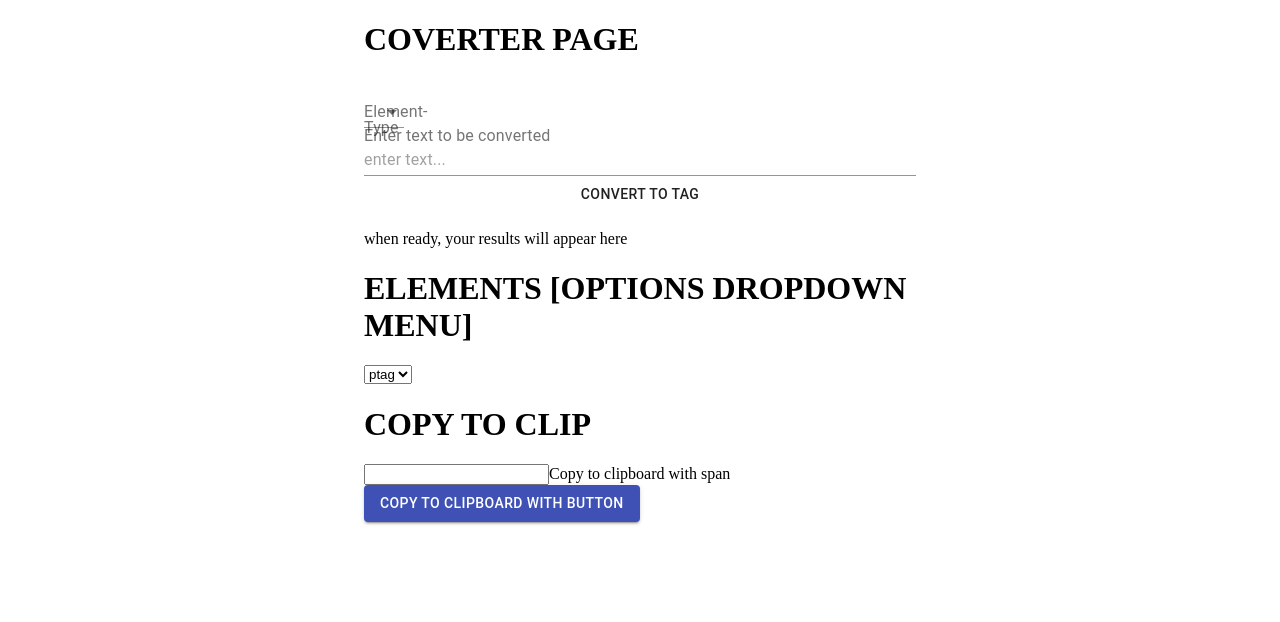
Repository: DevLuDaley/element-generator
Page: /
These files come from the project's save history. The page is drawn as it stood at one moment and after the next save; the edit follows.
The browser window is 1280 px wide. The pictures show the whole page.
The project was rebuilt for these pictures with package versions that can differ from the ones it lists, and the page was loaded fresh each time. Also part of the build but not shown: webpack.config.js.

Above is the page before, as saved 2020-12-23 19:08:06.

### public/index.html
<!-- ! index.html -->
<!DOCTYPE html>
<html lang="en">
<head>
    <meta charset="UTF-8">

    <meta  name="viewport"
  content="minimum-scale=1, initial-scale=1, width=device-width">
  <link rel="stylesheet" href="https://fonts.googleapis.com/icon?family=Material+Icons" />
    <title>React Element Generator</title>
</head>
<body>
    <div id="root"></div>
    <noscript>
        Please enable Javascript to view this site.
    </noscript>
    <script src="../dist/bundle.js"></script>
</body>
</html>

### src/index.js

import { render } from 'react-dom'
import React from 'react';
import ReactDOM from 'react-dom';
import { Provider } from 'react-redux'
import { BrowserRouter as Router } from 'react-router-dom';
// import reportWebVitals from './reportWebVitals';

import configureStore from './store/configureStore';
import App from './App';

const store = configureStore()

// render(
ReactDOM.render(
  <Provider store={store}>
    <Router>
        <React.StrictMode>
            <App/>
        </React.StrictMode>
    </Router>
  </Provider>,
  document.getElementById('root')
);

// if (module.hot) {
//    module.hot.accept('../dist/print.js', function() {
//      console.log('GREAT JOB LU!');
//      printMe();
//    })
//  }

// If you want to start measuring performance in your app, pass a function
// to log results (for example: reportWebVitals(console.log))
// or send to an analytics endpoint. Learn more: https://bit.ly/CRA-vitals
// reportWebVitals();

### src/store/configureStore.js
// import { createStore, applyMiddleware, compose, combineReducers } from 'redux'
import thunk from 'redux-thunk'

import { applyMiddleware, compose, createStore } from 'redux'
import thunkMiddleware from 'redux-thunk'
import { composeWithDevTools } from 'redux-devtools-extension'
// import mealsReducer from './mealsReducer'
import monitorReducersEnhancer from '../enhancers/monitorReducer'
import loggerMiddleware from '../middleware/logger'
import rootReducer from '../reducers/reducer'

export default function configureStore(preloadedState) {
  const middlewares = [loggerMiddleware, thunkMiddleware]
//   const middlewares = [loggerMiddleware, thunk]
  const middlewareEnhancer = applyMiddleware(...middlewares)

  const enhancers = [middlewareEnhancer, monitorReducersEnhancer]
//   const composedEnhancers = compose(...enhancers)
  const composedEnhancers = composeWithDevTools(...enhancers)

  const store = createStore(rootReducer, preloadedState, composedEnhancers)

  if (process.env.NODE_ENV !== 'production' && module.hot) {
    module.hot.accept('../reducers/reducer', () => store.replaceReducer(rootReducer))
  }

  return store
}

### src/App.js
import React, { Fragment} from 'react'
import '../public/App.css'
import MainContainer from './containers/MainContainer'

const App = () => {
    return (
            <Fragment>
                <section className="App">
                </section>
                <MainContainer/>
            </Fragment>
           );
}
export default App;

### src/reducers/reducer.js
import { combineReducers } from 'redux';
import converterReducer from './converterReducer'

const rootReducer = combineReducers({
  converterReducer
})

export default rootReducer

### src/containers/MainContainer.js
import React from 'react'
import ConverterPage from '../components/ConverterPage'
const MainContainer = () => {
    return (
        <div>
            <ConverterPage/>
        </div>
    )
}

export default MainContainer

### src/reducers/converterReducer.js
const intialState = {elements: []}

export default function loadRecipesReducer(state = intialState, action) {
// debugger
    switch (action.type) {
        case 'LOAD_ELEMENT':
            // const baseQuery = action.payload["results"][0]
            const baseQuery = action.payload
        // console.log('🚀 ~ line 11 ~ recipesReducer ~ baseQuery', baseQuery);

            return {elements: baseQuery}

        // case 'ADD_ELEMENT':
        //     let newRecipe = action.payload
        //     return {...state.loadRecipes, loadRecipes: state.recipes.concat(newRecipe)}

        default:
            // return {...state}
            return state
    }

}

### src/components/ConverterPage.js
import React, { Fragment, useState, useEffect }from 'react'
import Elements from '../components/Elements'
// import ElementsData from './ElementsData'
import elementsArray from './ElementsData'
import {CopyToClipboard} from 'react-copy-to-clipboard';
// import Button from '@material-ui/core/Button';
// import Box from '@material-ui/core/Box';
// import Container from '@material-ui/core/Container';
// import Grid from '@material-ui/core/Grid';
// import { Input } from '@material-ui/core/';
// import { Checkbox } from '@material-ui/core/';
import { Grid, Container, Box, FormControl, FormGroup, Modal, Input, InputLabel, Button, Checkbox, Select, MenuItem } from '@material-ui/core';
// import  from '@material-ui/core/InputLabel';


import CopyToClip from './CopyToClip'
// import PropTypes from 'prop-types'
// import {setState} from re
// var [name, setName] = useState()
// useEffect(() => {
        //         setState(props.meals);
        //     }, [props.meals]);
    const ConverterPage = () => {
    // var [name, setName] = useState("")
    // var [confirmed, setConfirmed] = useState(false)
    // // const [] = setState([])
    // const handleSubmit = (e) => {
    //     e.preventDefault();
    //     console.log('🚀 ~ file: ConverterPage.js ~ line 8 ~ onSubmit', name)

    var [name, setName] = useState("")
    var [confirmed, setConfirmed] = useState(false)
    const [type, setType] = useState('')
    const [value, setValue] = useState('')
    const [copied, setCopied] = useState(false)
    // const [options, setOptions] = useState(elementsArray)
    // const [] = setState([])

    // console.log(elementsArray)
    const handleSubmit = (e) => {
        e.preventDefault();
        setConfirmed(true)
        console.log('🚀 ~ file: ConverterPage.js ~ line 8 ~ onSubmit', "CLICKED")
    }
    return (
        <Fragment>
        <Container maxWidth="sm">
            <h1>COVERTER PAGE</h1>
            {/* <Box component="span" m={1} color="text.primary"> */}
            {/* <Box color="text.primary" clone></Box> */}
        <div>


 <FormControl >
        <InputLabel id="demo-simple-select-label">Element-Type</InputLabel>
        <Select
          labelId="demo-simple-select-label"
          id="demo-simple-select"
        //   value={1}
          onChange={handleSubmit}
        >
    {/* { elementsArray ?
        <p> WORDS </p>
        : "null"
    } */}


          <MenuItem >Ten</MenuItem>
          {/* <MenuItem value={10}>Ten</MenuItem> */}
          {/* <MenuItem value={20}>Twenty</MenuItem>
          <MenuItem value={30}>Thirty</MenuItem> */}
        </Select>
      </FormControl>


            <FormGroup id='convert-to-element-form' onSubmit={handleSubmit}>



                {/* <Checkbox type="text" name="pTag"
                // onClick={e => setName(e.target.value)}
                onClick={e => console.log(e.target)}

                /> */}

              <InputLabel> Enter text to be converted </InputLabel>
                <Input type="text" placeholder='enter text...' value={name} name="name" onChange={e => setName(e.target.value)}/>

                <Button onClick={handleSubmit} type="submit" variant="raised" color="primary">
                        Convert to Tag
                </Button>
              </FormGroup>

              {/* <Button variant="contained"
              color="primary"
              onClick={(e) => {console.log("value of e.target => ", e.target)}}
                            type="copy"> Copy Text to clipboard
              </Button> */}
              <br>
              </br>
              { confirmed ?
                    <section name={name}>
                    &lt;option&gt;
                    <br></br>
                    { name }
                    <br></br>
                    &lt;/option&gt;
                    </section>
                    :
                    <Box color="primary">

                    when ready, your results will appear here
                    </Box>
                           }
        </div>
        {/* </Box> */}
        <Elements/>
        {/* <ElementsData/> */}
        <CopyToClip/>
        {/* </Box> */}
        </Container>
        </Fragment>
    )
}


// const mapStateToProps = state => {
//     // console.log('state.loadRecipesReducer 1', state.loadRecipesReducer);
//     // console.log('state.loadRecipesReducer.loadedRecipes 2', state.loadRecipesReducer.loadedRecipes);
//     // const loadResults = state.loadRecipesReducer.loadedRecipes

//     // loadResults.map(load => load.title)
//     return(
//         {
//             // meals: state.loadRecipesReducer.meals,
//             name: state.name
//         }
//     )
// }

export default ConverterPage

### src/components/Elements.js
import React, {Fragment} from 'react'

const Elements = () => {
    const p = "&lt;"
    var pTags// = `&lt;/p&gt;`

    return (<Fragment>
    <h1>ELEMENTS [OPTIONS DROPDOWN MENU]</h1>

<select>
<option
    value="&lt;p&gt; &lt;/p&gt;"
>ptag
</option>

<option
value="&lt;H1&gt; &lt;/H1&gt;"
>H1
</option>

<option
value="&lt;H2&gt; &lt;/H2&gt;"
>H2
</option>

    &lt;H1&gt;
    &lt;/H1&gt;

    &lt;H2&gt;
    &lt;/H2&gt;

    &lt;H3&gt;
    &lt;/H3&gt;

    &lt;H4&gt;
    &lt;/H4&gt;

    &lt;H5&gt;
    &lt;/H5&gt;

    &lt;H6&gt;
    &lt;/H6&gt;
</select>

    {/* {p} */}

    </Fragment>)
}
export default Elements;

### src/components/CopyToClip.js
import React, { Fragment, Component, useState, useEffect }from 'react'
import Elements from './Elements'
import ElementsData from './ElementsData'
import {CopyToClipboard} from 'react-copy-to-clipboard';
import Button from '@material-ui/core/Button';


    class CopyToClip extends Component {
        constructor(props) {
            super(props);
            this.state = {
                name: "",
                confirmed:false,
                value:'',
                copied: false
              }
        }
        handleSubmit = (e) => {
        e.preventDefault();
        // setConfirmed(true)
        // console.log('🚀 ~ file: ConverterPage.js ~ line 8 ~ onSubmit', name)
    }
        render() {
            return(
    // const [] = setState([])
    <Fragment>
    <h1>COPY TO CLIP</h1>
            <div>
        <input value={this.state.value}
          onChange={({target: {value}}) => this.setState({value, copied: false})} />

        <CopyToClipboard text={this.state.value}
          onCopy={() => this.setState({copied: true})}>
          <span>Copy to clipboard with span</span>
        </CopyToClipboard>

        <CopyToClipboard text={this.state.value}
          onCopy={() => this.setState({copied: true})}>
          <Button variant="contained" color="primary">Copy to clipboard with button</Button>
        </CopyToClipboard>

        {this.state.copied ? <span style={{color: 'red'}}>Copied.</span> : null}
            </div>
        </Fragment>


        )
    }
}


// const mapStateToProps = state => {
//     // console.log('state.loadRecipesReducer 1', state.loadRecipesReducer);
//     // console.log('state.loadRecipesReducer.loadedRecipes 2', state.loadRecipesReducer.loadedRecipes);
//     // const loadResults = state.loadRecipesReducer.loadedRecipes

//     // loadResults.map(load => load.title)
//     return(
//         {
//             // meals: state.loadRecipesReducer.meals,
//             name: state.name
//         }
//     )
// }
export default CopyToClip

### src/components/ElementsData.js
import React, {Fragment, useState} from 'react'
// &lt;
// &gt;
const ElementData = () => {
const elementsArray =
[
// "&lt;abbr>&lt;/abbr&gt;",
{div: "<div> </div>"},
{span: "<span> </span>"},
{html: "<html> </html>"},
{head: "<head> </head>"},
{body: "<body> </body>"},
{ul: "<ul> </ul>"},
{ol: "<ol> </ol>"},
{lh: "<lh> </lh>"},
{li: "<li> </li>"},
{table: "<table> </table>"},

{title: "<title> </title>"},
{thead: "<thead> </thead>"},

{tbody: "<tbody> </tbody>"},
{tr: "<tr> </tr>"},
{th: "<th> </th>"},
{pre: "<pre> </pre>"},
{p: "<p> </p>"},
{nav: "<nav> </nav>"},
{main: "<main> </main>"},
{header: "<header> </header>"},
{h1: "<h1> </h1>"},
{h2: "<h2> </h2>"},
{h3: "<h3> </h3>"},
{h4: "<h4> </h4>"},
{h5: "<h5> </h5>"},
{h6: "<h6> </h6>"},
{footer: "<footer> </footer>"},
{i: "<i> </i>"},
{b: "<b> </b>"},
{u: "<u> </u>"},
{q: "<q> </q>"}
]

// const wordSplit = elementsArray[1].split(" ")
const wordSplit = elementsArray //.split(" ")
// const [startTag, endTag] =  wordSplit
console.log("wordSplit", wordSplit)
console.log("wordSplit[0]", wordSplit[0]["div"])
return (
    <Fragment>
    <h1>ELEMENTS DATA</h1>
        {/* {elementsArray[1]} */}
        {/* {wordSplit[0]} text that needs to be divd
        {" " + wordSplit[1]} */}
        {/* {wordSplit} */}
        {/* {startTag + " "}
        things
        {" " + endTag} */}
    </Fragment>  );
}
export default ElementData;

Loaded but not shown: src/enhancers/monitorReducer.js (common file); src/middleware/logger.js (common file); public/App.css (common file)

After the next save:
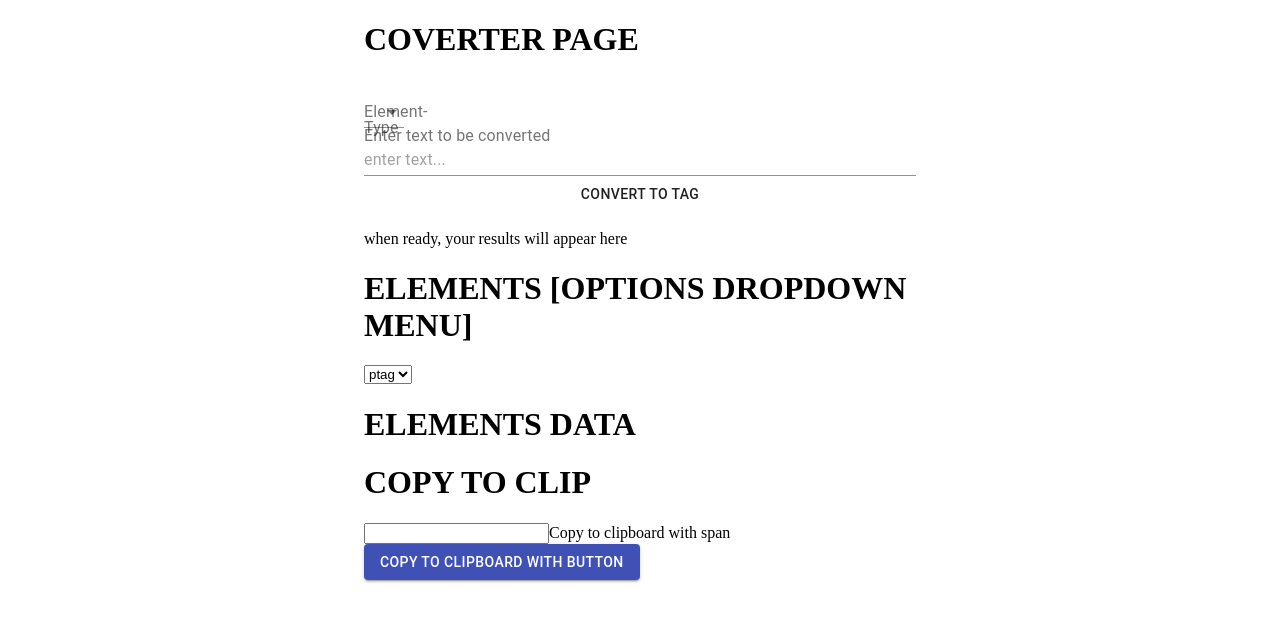
Saved 8 s later.
--- a/src/components/ConverterPage.js
+++ b/src/components/ConverterPage.js
@@ -1,6 +1,6 @@
 import React, { Fragment, useState, useEffect }from 'react'
 import Elements from '../components/Elements'
-// import ElementsData from './ElementsData'
+import ElementsData from './ElementsData'
 import elementsArray from './ElementsData'
 import {CopyToClipboard} from 'react-copy-to-clipboard';
 // import Button from '@material-ui/core/Button';
@@ -115,7 +115,7 @@ import CopyToClip from './CopyToClip'
         </div>
         {/* </Box> */}
         <Elements/>
-        {/* <ElementsData/> */}
+        <ElementsData/>
         <CopyToClip/>
         {/* </Box> */}
         </Container>
